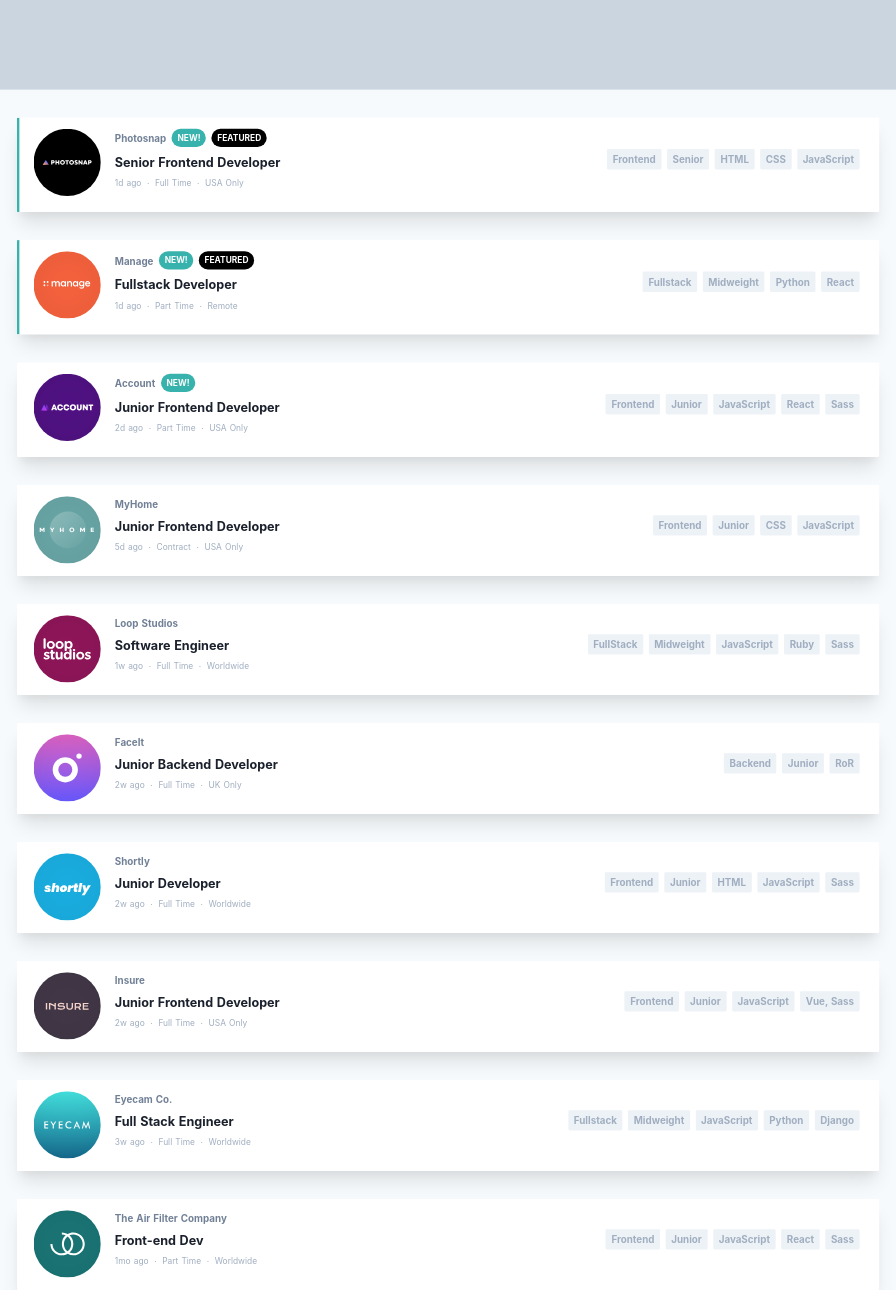
Repository: asongdon/frontendmentor-joblisting
Page: /
An editor plug-in stored every save of this project. The page is shown before and after the next save, followed by the edit.
The browser window is 1280 px wide. The pictures show the whole page, at 70% of full size.
The project was rebuilt for these pictures with package versions that can differ from the ones it lists, and the page was loaded fresh each time. The framework's server and built-in components were replaced by stand-ins that run in the browser. Also part of the build but not shown: nuxt.config.js.

Above is the page before, as saved 2020-04-12 22:36:06.

After the next save:
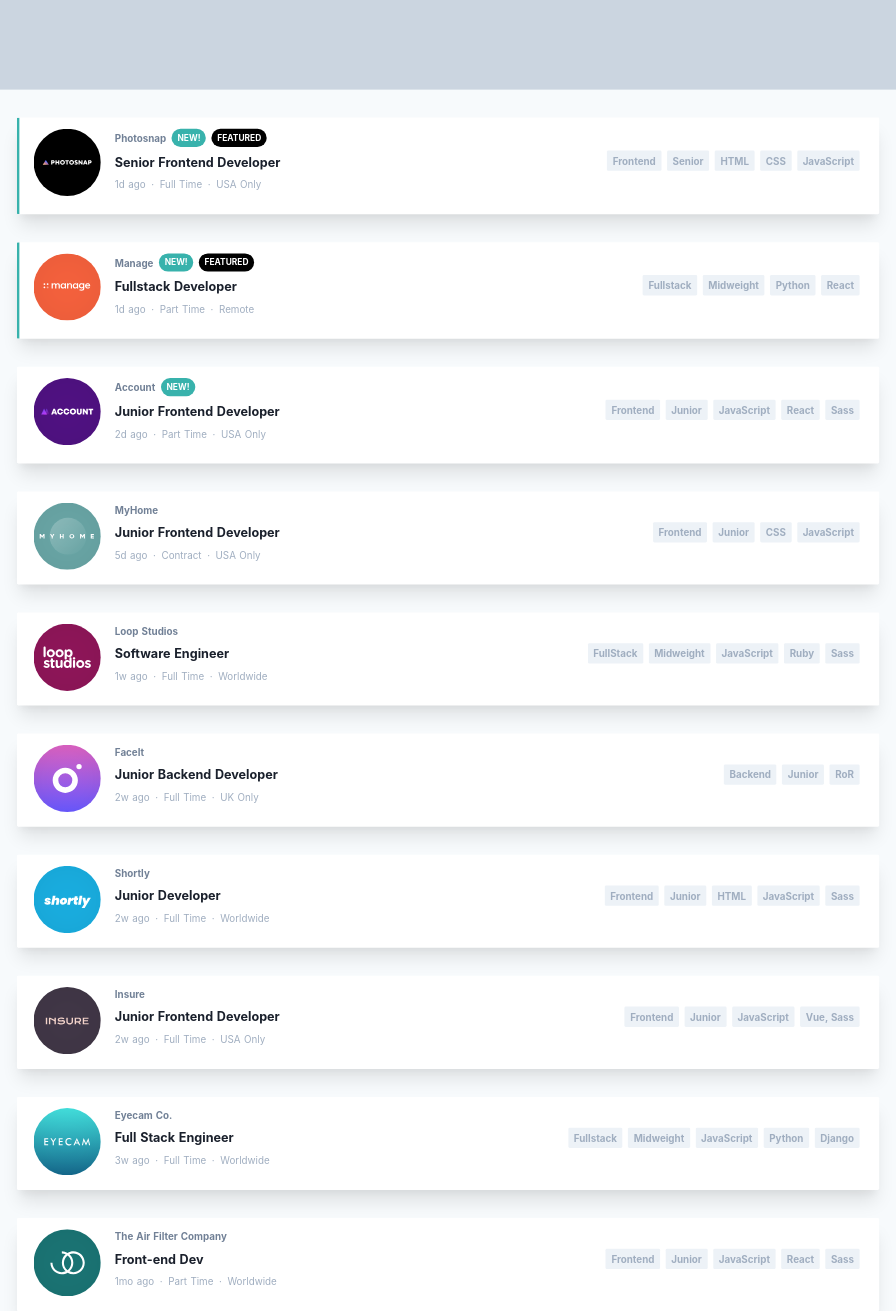
Saved 12 s later.
--- a/components/Maincard.vue
+++ b/components/Maincard.vue
@@ -35,7 +35,7 @@
         </div>
 
         <div
-          class="flex text-xs mt-2 mb-4 text-gray-500 border-b border-gray-200 pb-4 lg:border-0 lg:mb-0"
+          class="flex text-xs mt-2 mb-4 text-gray-500 border-b border-gray-200 pb-4 lg:border-0 lg:mb-0 lg:text-sm"
         >
           <div class="mr-2">{{ postedAt }}</div>
           <div class="mr-2">·</div>
